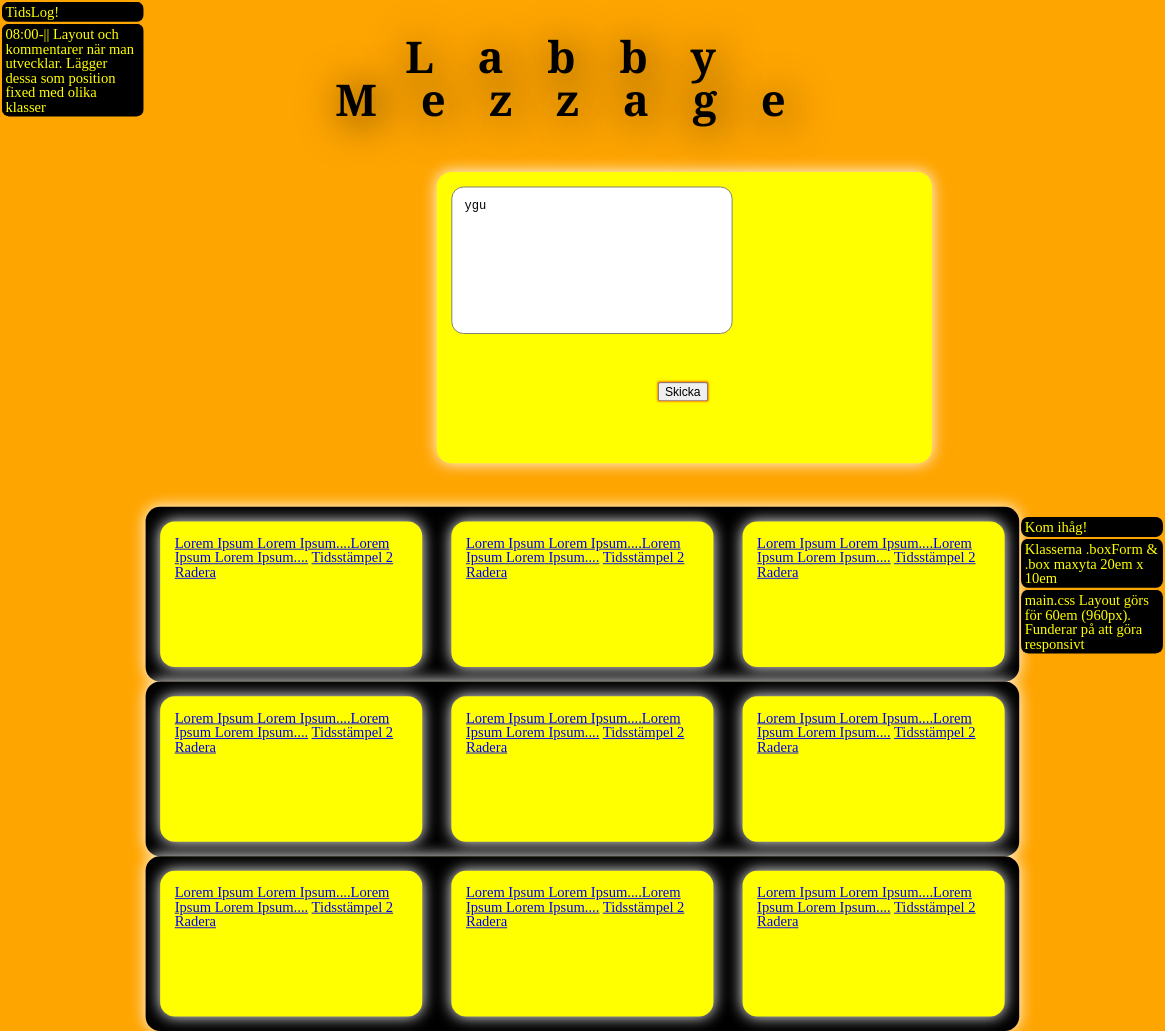
Repository: AndreasAnemyrLNU/1dv403-laborationer-AA223IG
Page: 2-labbymezzage/index.html
The author's editor kept a record of every edit. The page is drawn from the files as they stood at one moment, then again after the next edit.
The browser window is 1280 px wide. The pictures show the whole page, at 91% of full size.

Above is the page before.

### 2-labbymezzage/index.html
<!DOCTYPE html>
<html lang="sv">
    <head>
        <link rel="stylesheet" href="css/main.css" type="text/css" />
        <meta charset="utf-8">
    </head>
    <body>
<!--******************************************************************************************-->
<!--******************************************************************************************-->
        <div class="z fixedRight fixedBottom">
            <p>Kom ihåg!</p>
            <p>Klasserna .boxForm & .box maxyta 20em x 10em</p>
            <p>main.css Layout görs för 60em (960px). Funderar på att göra responsivt</p>
        </div>

        <div class="z">
            <p>TidsLog!</p>
            <p>08:00-|| Layout och kommentarer när man utvecklar. Lägger dessa som position fixed med olika klasser</p>
        </div>
<!--******************************************************************************************-->
<!--******************************************************************************************-->

        <div id="Wrapper">

                <h1>Labby Mezzage</h1>

                <div class="formContainer">
                    <div class="boxForm">
                        <form id="messageForm">
                            <textarea>ygu</textarea>
                            <input id="submit" type="submit" value="Skicka"/>
                        </form>
                    </div>
                </div>

                <div class="messageBoard">

                    <div class="messageContainer">

                        <div class="box">
                            <article class="message">
                                <a class="message block" href="#">Lorem Ipsum Lorem Ipsum....Lorem Ipsum Lorem Ipsum....</a>
                                <a href="#">Tidsstämpel 2 </a><a href="#">Radera</a>
                            </article>
                        </div>

                        <div class="box">
                            <article class="message">
                                <a class="message block" href="#">Lorem Ipsum Lorem Ipsum....Lorem Ipsum Lorem Ipsum....</a>
                                <a href="#">Tidsstämpel 2 </a><a href="#">Radera</a>
                            </article>
                        </div>

                        <div class="box">
                            <article class="message">
                                <a class="message block" href="#">Lorem Ipsum Lorem Ipsum....Lorem Ipsum Lorem Ipsum....</a>
                                <a href="#">Tidsstämpel 2 </a><a href="#">Radera</a>
                            </article>
                        </div>

                    </div>

                    <div class="messageContainer">

                        <div class="box">
                            <article class="message">
                                <a class="message block" href="#">Lorem Ipsum Lorem Ipsum....Lorem Ipsum Lorem Ipsum....</a>
                                <a href="#">Tidsstämpel 2 </a><a href="#">Radera</a>
                            </article>
                        </div>

                        <div class="box">
                            <article class="message">
                                <a class="message block" href="#">Lorem Ipsum Lorem Ipsum....Lorem Ipsum Lorem Ipsum....</a>
                                <a href="#">Tidsstämpel 2 </a><a href="#">Radera</a>
                            </article>
                        </div>

                        <div class="box">
                            <article class="message">
                                <a class="message block" href="#">Lorem Ipsum Lorem Ipsum....Lorem Ipsum Lorem Ipsum....</a>
                                <a href="#">Tidsstämpel 2 </a><a href="#">Radera</a>
                            </article>
                        </div>

                    </div>

                    <div class="messageContainer">

                        <div class="box">
                            <article class="message">
                                <a class="message block" href="#">Lorem Ipsum Lorem Ipsum....Lorem Ipsum Lorem Ipsum....</a>
                                <a href="#">Tidsstämpel 2 </a><a href="#">Radera</a>
                            </article>
                        </div>

                        <div class="box">
                            <article class="message">
                                <a class="message block" href="#">Lorem Ipsum Lorem Ipsum....Lorem Ipsum Lorem Ipsum....</a>
                                <a href="#">Tidsstämpel 2 </a><a href="#">Radera</a>
                            </article>
                        </div>

                        <div class="box">
                            <article class="message">
                                <a class="message block" href="#">Lorem Ipsum Lorem Ipsum....Lorem Ipsum Lorem Ipsum....</a>
                                <a href="#">Tidsstämpel 2 </a><a href="#">Radera</a>
                            </article>
                        </div>

                    </div>

                </div>




        </div>

        <!--<script type="text/javascript" src="js/addEvent.js"></script>-->
        <script type="text/javascript" src="js/run.js"></script>
        <script type="text/javascript" src="js/Message.js"></script>
    </body>
</html>

### 2-labbymezzage/css/main.css
/*Optimized for 960px width*/

/*ColorScheme*/


/* http://meyerweb.com/eric/tools/css/reset/
   v2.0 | 20110126
   License: none (public domain)
*/

html, body, div, span, applet, object, iframe,
h1, h2, h3, h4, h5, h6, p, blockquote, pre,
a, abbr, acronym, address, big, cite, code,
del, dfn, em, img, ins, kbd, q, s, samp,
small, strike, strong, sub, sup, tt, var,
b, u, i, center,
dl, dt, dd, ol, ul, li,
fieldset, form, label, legend,
table, caption, tbody, tfoot, thead, tr, th, td,
article, aside, canvas, details, embed,
figure, figcaption, footer, header, hgroup,
menu, nav, output, ruby, section, summary,
time, mark, audio, video {
	margin: 0;
	padding: 0;
	border: 0;
	font-size: 100%;
	font: inherit;
	vertical-align: baseline;
}
/* HTML5 display-role reset for older browsers */
article, aside, details, figcaption, figure,
footer, header, hgroup, menu, nav, section {
	display: block;
}
body {
	line-height: 1;
}
ol, ul {
	list-style: none;
}
blockquote, q {
	quotes: none;
}
blockquote:before, blockquote:after,
q:before, q:after {
	content: '';
	content: none;
}
table {
	border-collapse: collapse;
	border-spacing: 0;
}

/*END OF MEYER'S RESET*/

body{
    background-color:orange;
}

form{
    float: left;
}
h1{
    font-family: georgia;
    font-size: 3em;
    font-weight: 700;
    letter-spacing: 1em;
    padding: .8em;
    text-align: center;
    text-shadow: black .1em .1em 1em;
}
input[type="submit"]{
    box-shadow: red 0 0 .2em;
    clear: both;
    float: left;
    margin: 4em 17em;
}
textarea{
    border-radius: 1em;
    float: left;
    height: 10em;
    overflow:hidden;
    padding: 1em;
    resize: none;
    width: 21em;
}
#Wrapper{
    background-color: orange;
    display: block;
    margin: auto;
    width: 60em;
}
/* height 10em, width 20em */
.box{
    /*border: 0.0625em solid black*/ ;
    border-radius: 1em;
    background-color: yellow;
    box-shadow: white 0 0 1em;
    float: left;
    height: 8em;
    padding: 1em;
    transform: scale(1);
    transition-duration: 2s;
    margin: 1em;
    width: 16em;
}
.box:hover{
    box-shadow: red 0 0 .1250;
    transform: scale(1.05, 1.05);
    transition-duration: .7s;

}
.boxForm{
    /*border: 0.0625em solid black*/ ;
    border-radius: 1em;
    background-color: yellow;
    box-shadow: white 0 0 1em;
    float: left;
    height: 18em;
    padding: 1em;
    transition-duration: .7s;
    margin: 1em 0 3em 0;
    width: 32em;
}
.fixedBottom{
    bottom: 0;
}
.fixedRight{
    right: 0;
}
.messageBoard{
    display: block;
    clear: both;
}
.formContainer{
    margin: auto;
    width: 20em;
}
.messageContainer{
    background-color: black;
    border-radius: 1em;
    box-shadow: white 0 0 1em;
    clear: both;
    overflow: auto;
    transition-duration: 1.5s;
}
.messageContainer:hover{
    box-shadow: white 0 0 0;
    transition-duration: 1.5s;
}

/*Comments for developer*/
.z{
    position: fixed;
    width: 10em;
}
.z p{
    background-color: black;
    border: .1250em solid black;
    border-radius: .5em;
    color: yellow;
    border-bottom: none;
    margin: .1250em;
    padding: .1250em;
}

### 2-labbymezzage/js/run.js
"use strict";


var run = {

    messages:   [],

    init:       function(){


    var submit = document.getElementById("submit");
    submit.addEventListener("click", run.createMessage, false);
    },

    createMessage:  function(){
    run.messages.push(new Message( document.getElementById("messageInputArea").value , new Date()));
    console.log(run.messages[0].toString());
    },

};

window.onload = run.init;

### 2-labbymezzage/js/Message.js
"use strict";

//Start - Message constructor***************************\\

function Message(message, date){

    this.getText = function(){
        return message;
    };

    this.setText = function (_text){
        message = _text;
    };

    this.getDate = function(){
        return date;
    };

    this.setDate = function (_date){
        message = _date;
    };



}

//*****************************Message constructor - End\\
//******************************************************\\
//Start - Message.prototype*****************************\\

Message.prototype.toString = function(){
    return this.getText()+" ("+this.getDate()+")";
};

Message.prototype.HTMLText = function(){
    alert("getHTMLText in Message not implemented!");
};

//***********************Start - Message.prototype - End\\

After the next edit:
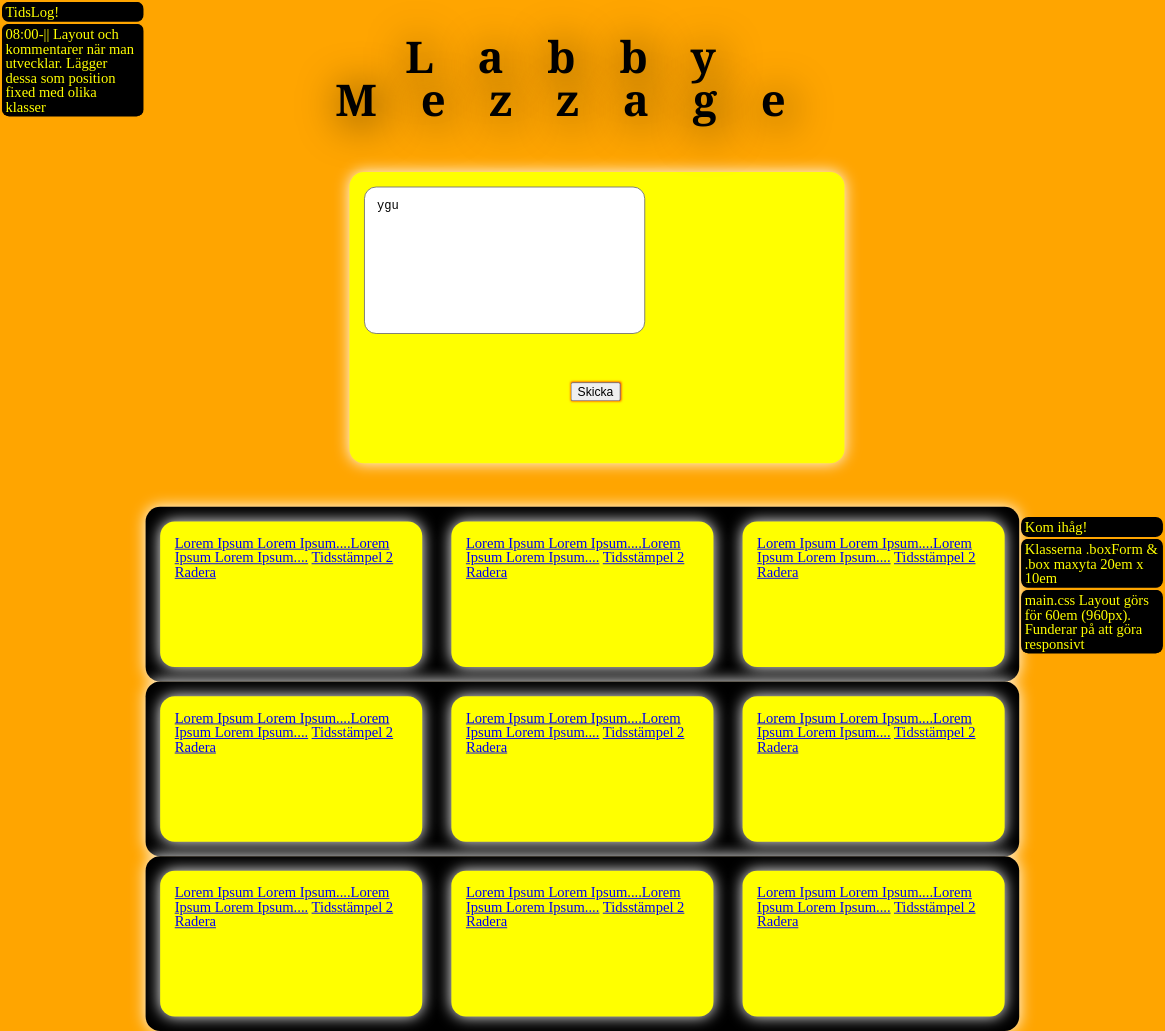
The edit:
--- a/2-labbymezzage/css/main.css
+++ b/2-labbymezzage/css/main.css
@@ -135,7 +135,7 @@
 }
 .formContainer{
     margin: auto;
-    width: 20em;
+    width: 32em;
 }
 .messageContainer{
     background-color: black;
